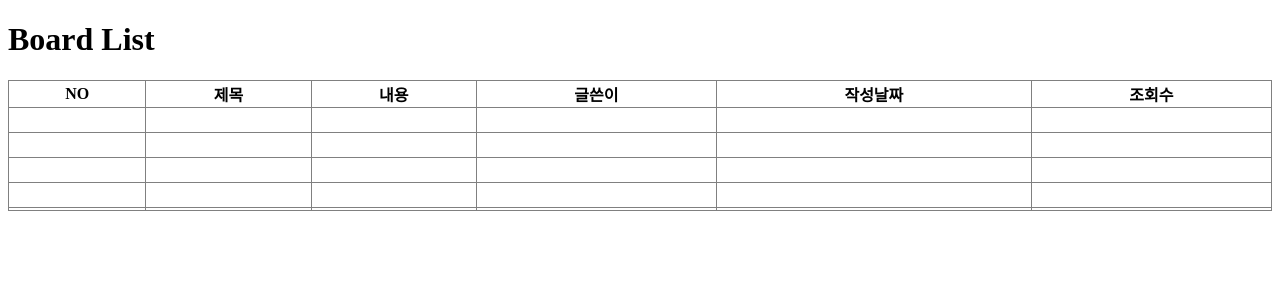
Repository: ByeonYJ/CSSTest
Page: GMSUI/WebContent/board/board_list.html
An editor plug-in stored every save of this project. The page is shown before and after the next save, followed by the edit.
The browser window is 1280 px wide. The pictures show the whole page.

Above is the page before, as saved 2017-07-19 07:02:26.

After the next save:
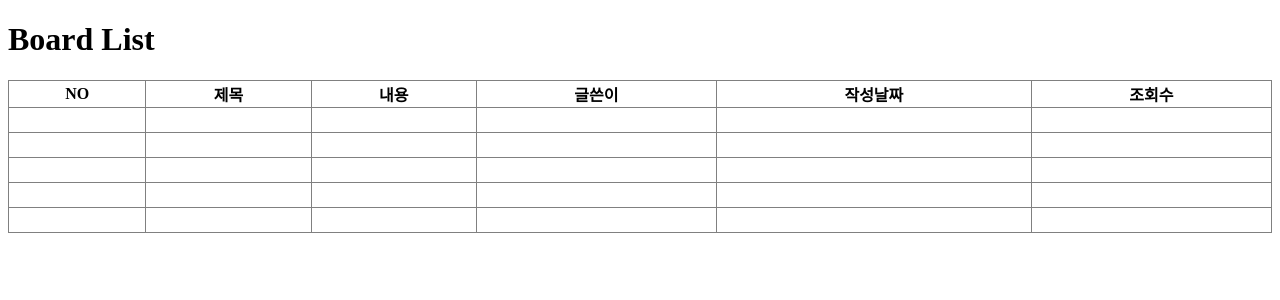
Saved 9 s later.
--- a/GMSUI/WebContent/board/board_list.html
+++ b/GMSUI/WebContent/board/board_list.html
@@ -47,8 +47,8 @@
 			<td></td>
 			<td></td>
 			<td></td>
-		</tr style="height: 25px;">
-		<tr>
+		</tr >
+		<tr style="height: 25px;">
 			<td></td>
 			<td></td>
 			<td></td>
